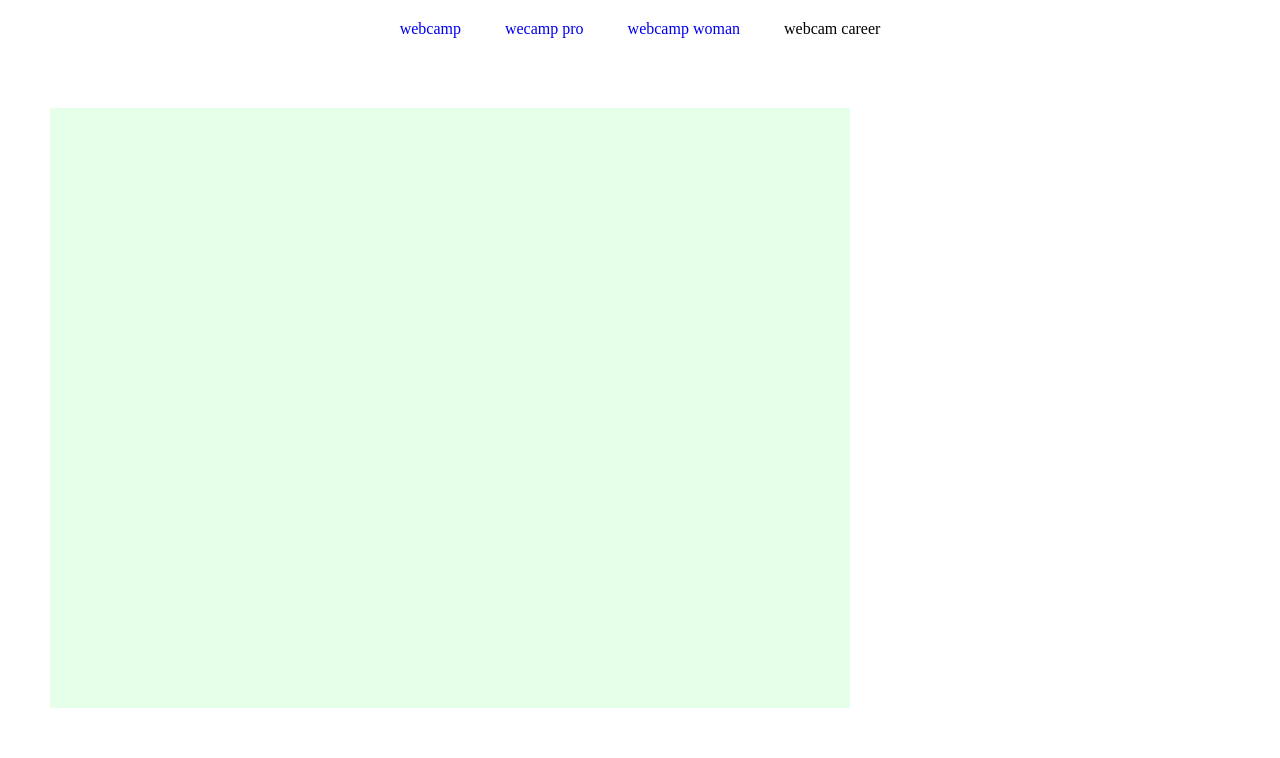
Repository: ego-boosting/assightment_1
Page: infratop/index.html
The author's editor kept a record of every edit. The page is drawn from the files as they stood at one moment, then again after the next edit.
The browser window is 1280 px wide. The pictures show the whole page.

Above is the page before.

### infratop/index.html
<!DOCTYPE html>
<html lang="ja">
  <head>
    <meta charset="UTF-8" />
    <!-- CSSファイルの読み込み -->
    <link rel="stylesheet" href="style.css" />
    <title>Infratop</title>
  </head>

<body>
  <header>
    <h1 class="heading">
      <a href="index.html"></a>
    </h1>
    <nav>
      <ul calss="nav-list" >
        <li class="nav-list-item">
          <a href="index.html">webcamp</a></li>
        <li class="nav-list-item">
          <a href="inde.html">wecamp pro</a>
        </li>
        <li class="nav-list-item">
          <a href="index.html">webcamp woman</a>
        </li>
        <li class="nav-list-item">
          <a herf="index.html">webcam career</a>
        </li>
      </ul>
    </nav>
  </header>
  <div class="main">
    <div class="box1"></div>
    <div class="box2"></div>
    <div class="box3"></div>
    <div class="box4"></div>
    <div class="box1"></div>
    <div class="box2"></div>
    <div class="box3"></div>
    <div class="box4"></div>
    <div class="box1"></div>
    <div class="box2"></div>
    <div class="box3"></div>
    <div class="box4"></div>
  </div>




</body>
</html>

### infratop/style.css
*{
  margin: 0;
  padding: 0;
  box-sizing:border-box;
}

a{
  text-decoration: none;
}

header{
  width: 100%;
  padding: 20px;
  margin: auto;
  text-align: center;
}

.heading{
  font-size: 32px;
}


.nav-list{
  /*下記*/
  text-align: center;
  padding: 15px 0;
  margin: 0 auto;
  border-bottom: 1px solid #848282;
  border-top: 1px solid #848282;
}

.nav-list-item{
  list-style: none;
  display: inline-block;
  margin: 0 20px;
}

.main{
  width: 800px;
  margin: 50px;
  display: flex;
  flex-wrap: wrap;
}

.box1{
  width: 200px;
  height: 200px;
  background-color: #e6ffe9;
}

.box2{
  width: 200px;
  height: 200px;
  background-color: #e6ffe9;
}

.box3{
  width: 200px;
  height: 200px;
  background-color: #e6ffe9;
}

.box4{
  width: 200px;
  height: 200px;
  background-color: #e6ffe9;
}

.box5{
  width: 200px;
  height: 200px;
  background-color: #e6ffe9;
}

.box6{
  width: 200px;
  height: 200px;
  background-color: #e6ffe9;
}

.box7{
  width: 200px;
  height: 200px;
  background-color: #e6ffe9;
}

.box8{
  width: 200px;
  height: 200px;
  background-color: #e6ffe9;
}

.box9{
  width: 200px;
  height: 200px;
  background-color: #e6ffe9;
}

.box10{
  width: 200px;
  height: 200px;
  background-color: #e6ffe9;
}

.box11{
  width: 200px;
  height: 200px;
  background-color: #e6ffe9;
}

.box12{
  width: 200px;
  height: 200px;
  background-color: #e6ffe9;
}

footer{
  width: 100%;
  height: 120px;
  text-align: center;
  line-height: 120px;
  background-color: #848282;
}

After the next edit:
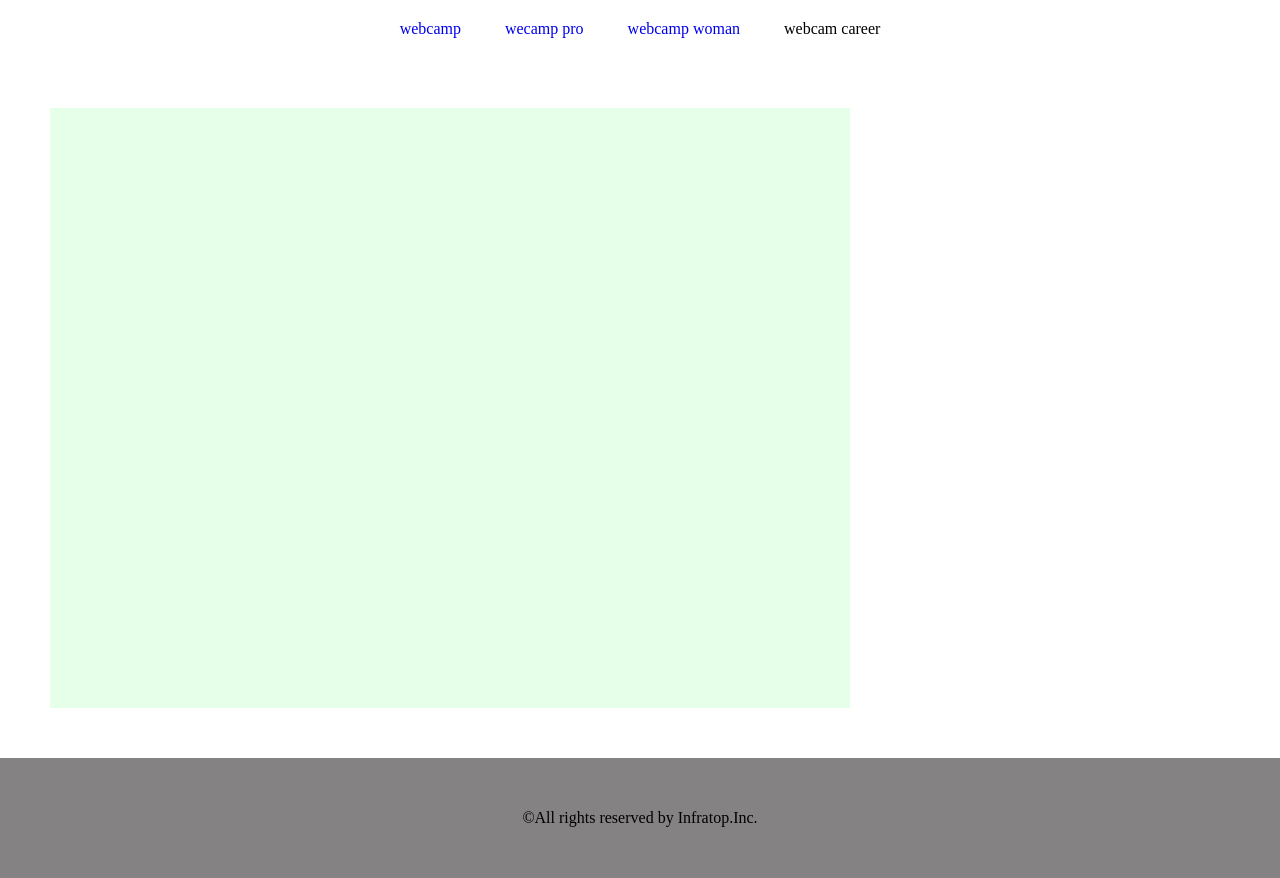
The edit:
--- a/infratop/index.html
+++ b/infratop/index.html
@@ -33,15 +33,19 @@
     <div class="box2"></div>
     <div class="box3"></div>
     <div class="box4"></div>
-    <div class="box1"></div>
-    <div class="box2"></div>
-    <div class="box3"></div>
-    <div class="box4"></div>
-    <div class="box1"></div>
-    <div class="box2"></div>
-    <div class="box3"></div>
-    <div class="box4"></div>
+    <div class="box5"></div>
+    <div class="box6"></div>
+    <div class="box7"></div>
+    <div class="box8"></div>
+    <div class="box9"></div>
+    <div class="box10"></div>
+    <div class="box11"></div>
+    <div class="box12"></div>
   </div>
+
+  <footer>
+    <p class="footer-list">©All rights reserved by Infratop.Inc.</p>
+  </footer>
 
 
 
